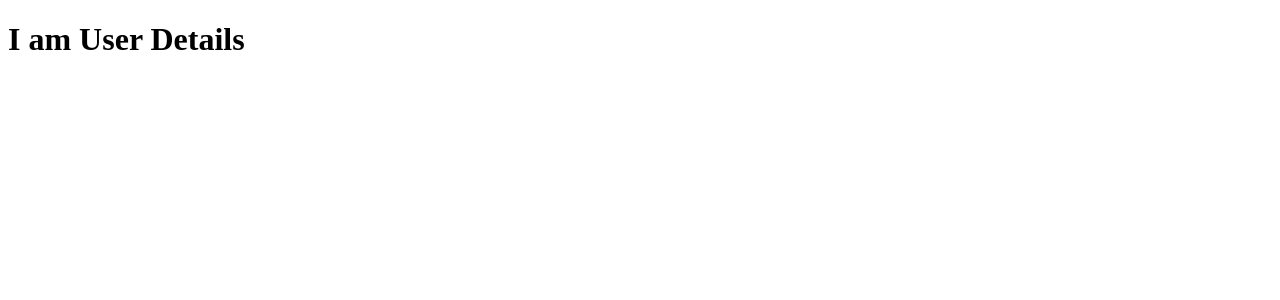
Repository: Nitin-Kalshetty/Training_Java
Page: http://localhost/first_jsp/userdetails.jsp
An editor plug-in stored every save of this project. The page is shown before and after the next save, followed by the edit.
The browser window is 1280 px wide. The pictures show the whole page.
The page is served by Tomcat 9. Other server files are loaded and not shown.

Above is the page before, as saved 2023-05-26 09:29:57.

### first_jsp/src/main/webapp/userdetails.jsp
<!DOCTYPE html>
<html>
<head>
<meta charset="UTF-8">
<title>Insert title here</title>
</head>
<body>
	<h1>I am User Details</h1>

</body>
</html>

After the next save:
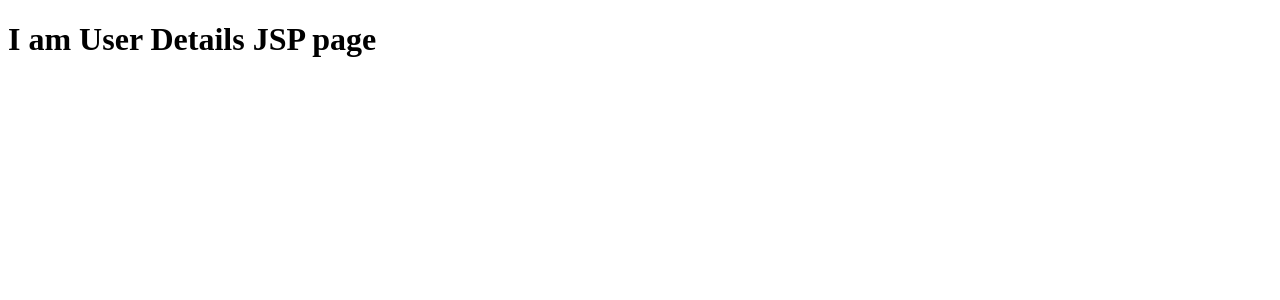
Saved 40 s later.
--- a/first_jsp/src/main/webapp/userdetails.jsp
+++ b/first_jsp/src/main/webapp/userdetails.jsp
@@ -5,7 +5,7 @@
 <title>Insert title here</title>
 </head>
 <body>
-	<h1>I am User Details</h1>
+	<h1>I am User Details JSP page</h1>
 
 </body>
 </html>
